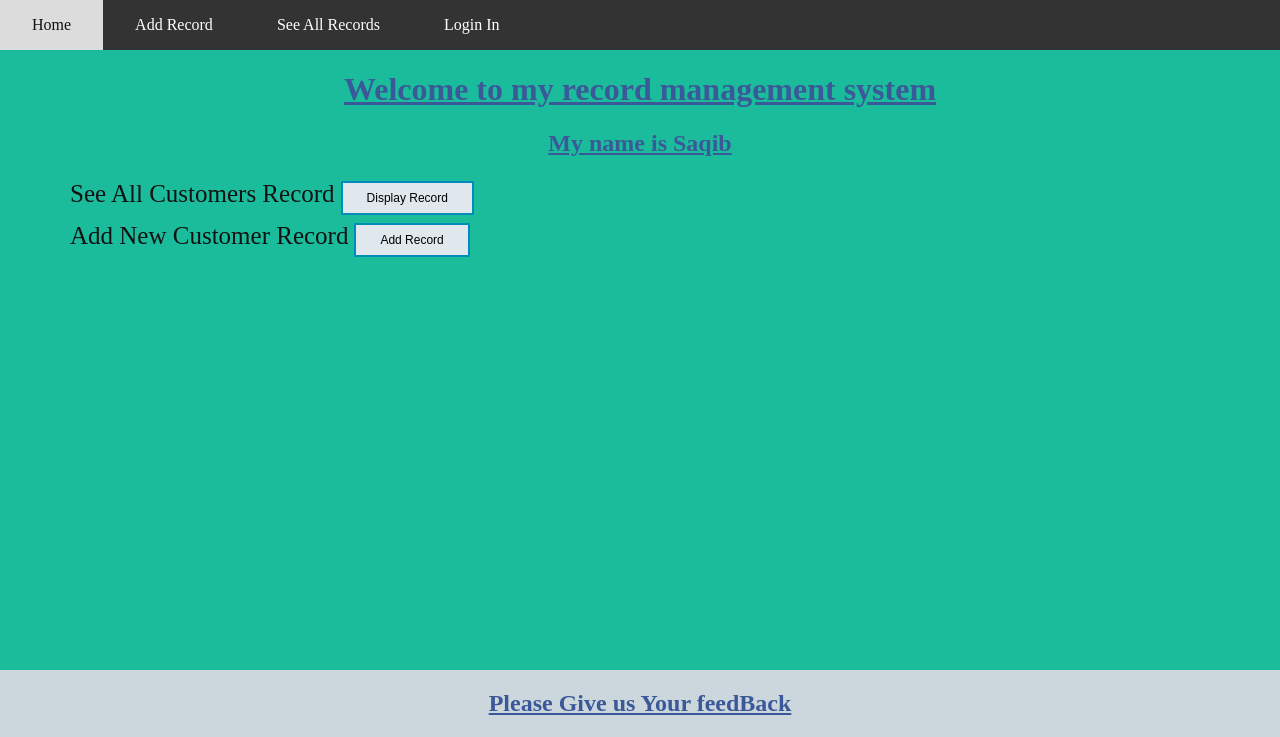
Repository: MUHAMMAD-SAQIB-2000/SpringBoot
Page: http://localhost/WebServiceRecordManagementSystem/home.jsp
These files come from the project's save history. The page is drawn as it stood at one moment and after the next save; the edit follows.
The browser window is 1280 px wide. The pictures show the whole page.
The page is served by Tomcat 9. Other server files are loaded and not shown.

Above is the page before, as saved 2020-08-12 13:27:25.

### WebServiceRecordManagementSystem/src/main/webapp/home.jsp
<%@ page language="java" contentType="text/html; charset=ISO-8859-1"
	pageEncoding="ISO-8859-1"%>
<!DOCTYPE html>
<html>
<head>
<meta charset="ISO-8859-1">
<title>Record Management System</title>
<link rel="stylesheet" href="style.css">
</head>
<body>
	<div>
		<ul>
			<li><a class="active" href="#home">Home</a></li>
			<li><a href="#news">Add Record</a></li>
			<li><a href="#contact">See All Records</a></li>
			<li><a href="#about">Login In</a></li>
		</ul>
	</div>

	<div class="mainBody">

		<h1 class="h">Welcome to my record management system</h1>
		<h2 class="h">My name is Saqib</h2>
		<div class="form">
			<label class="title">See All Customers Record</label>
			<button class="button button2"
				onclick="window.location.href = 'displayAllCustomers' ">Display
				Record</button>
			<br> <label class="title">Add New Customer Record</label>
			<button class="button button2"
				onclick="window.location.href = 'addCustomerForm' ">Add
				Record</button>
		</div>
	</div>
	<footer class="foter">
		<h2 class="h">Please Give us Your feedBack</h2>
	</footer>
</body>
</html>

### WebServiceRecordManagementSystem/src/main/webapp/style.css
@charset "ISO-8859-1";

body {
	margin: 0px;
	padding: 0px;
	background-color: #CCD6DD;
}

ul {
	list-style-type: none;
	margin: 0;
	padding: 0;
	overflow: hidden;
	background-color: #333;
	position: fixed;
	top: 0;
	width: 100%;
}

li {
	float: left;
}

li a {
	display: block;
	color: white;
	text-align: center;
	padding: 16px 32px;
	text-decoration: none;
	font-size:16px;
}

li a:hover {
	background-color: 	#DCDCDC;
	color:#111;
}

.active {
	background-color: #4CAF50;
}
.mainBody{
	padding:20px;
	margin-top:30px;
	background-color:#1abc9c;
	height:600px;
}

.h {
	color: #3B5998;
	text-align: center;
	text-decoration: underline;
}

table, th, td {
	background-color: #E1E8ED;
	color: #111;
	text-align: center;
	border: 2px solid #008CBA;
	margin: 10px;
	padding: 5px;
}

th:hover, td:hover {
	border: 2px solid #111;
	background-color: #008CBA;
	color: white;
	transition-duration: 0.4s;
}

.tableCSS {
	background-color: #E1E8ED;
	color: #111;
	margin: 5% 22%;
}

.button {
	border: none;
	color: white;
	padding: 8px 24px;
	text-align: center;
	text-decoration: none;
	display: inline-block;
	font-size: 12px;
	margin: 4px 2px;
	transition-duration: 0.4s;
	cursor: pointer;
}

.button2 {
	background-color: #E1E8ED;
	color: black;
	border: 2px solid #008CBA;
}

.button2:hover {
	background-color: #008CBA;
	color: white;
}

.form {
	text-align: left;
	margin-left: 50px;
}

form {
	width: 100%;
	padding: 12px 20px;
	margin: 8px 0;
	box-sizing: border-box;
}

.title {
	font-size: 25px;
	color: #111;
}

.inputForm {
	width: 30%;
	padding: 10px 18px;
	margin: 6px 0;
	box-sizing: border-box;
	background-color: #F7F7F7;
	color: #111;
}

radiobutton {
	size: 10px;
}

option:hover {
	background-color: #008CBA;
	color: white;
}

a {
	text-decoration: none;
	color: #111;
}

a:hover {
	color: #fff;
	font-size: 16px;
}

After the next save:
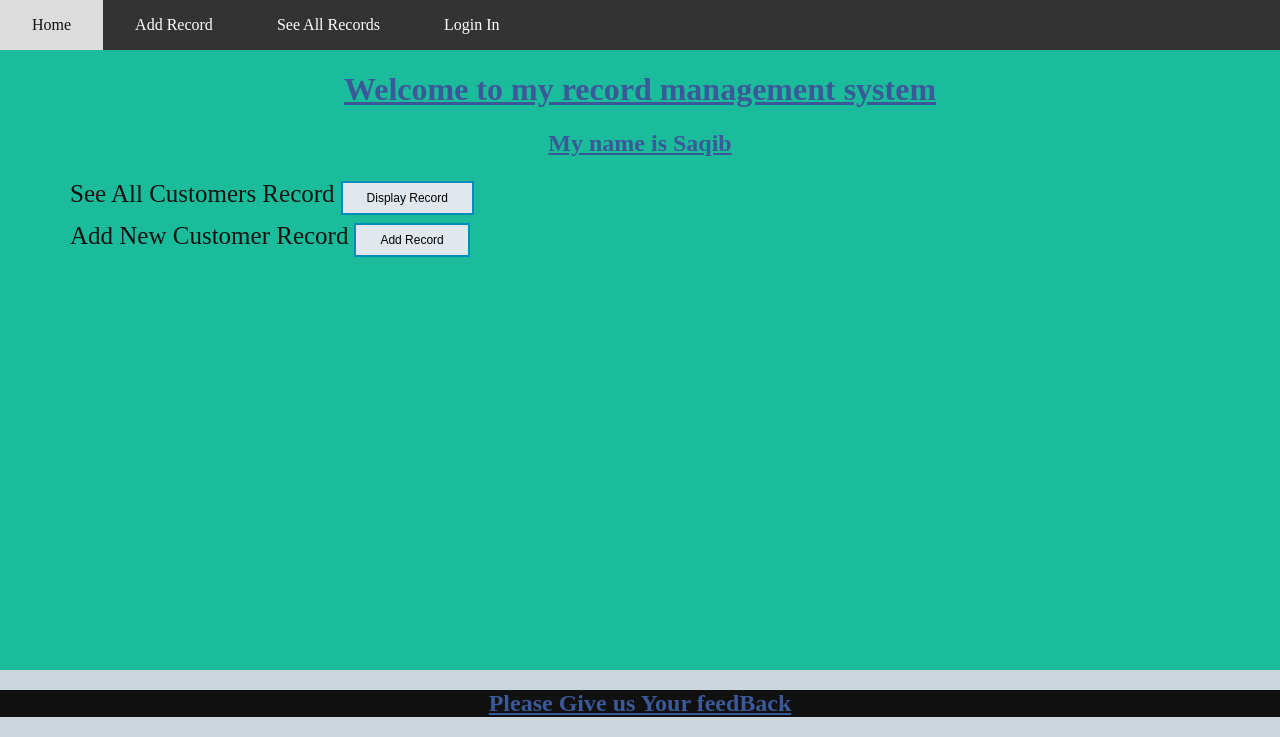
Saved 62 s later.
--- a/WebServiceRecordManagementSystem/src/main/webapp/style.css
+++ b/WebServiceRecordManagementSystem/src/main/webapp/style.css
@@ -141,3 +141,8 @@ a:hover {
 	color: #fff;
 	font-size: 16px;
 }
+.foter{
+	background-color: #111;
+	color:#fff;
+
+}
